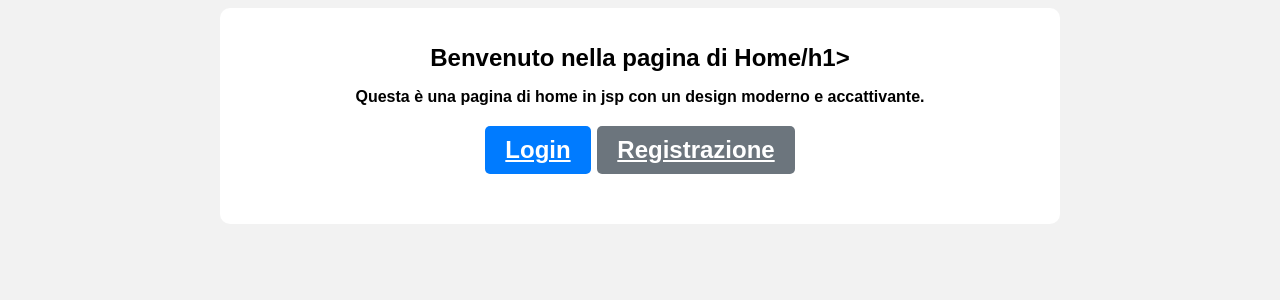
Repository: GabrielCellammare/WebApplication-SA-CyberSecurity
Page: http://localhost/WebProject-CellammareGabriel_ApplicationSecurity_/userNotLogged/index.jsp
An editor plug-in stored every save of this project. The page is shown before and after the next save, followed by the edit.
The browser window is 1280 px wide. The pictures show the whole page.
The page is served by Tomcat 9. Nobody is signed in. The application's start-up code is not run.

Above is the page before, as saved 2024-01-14 17:19:34.

After the next save:
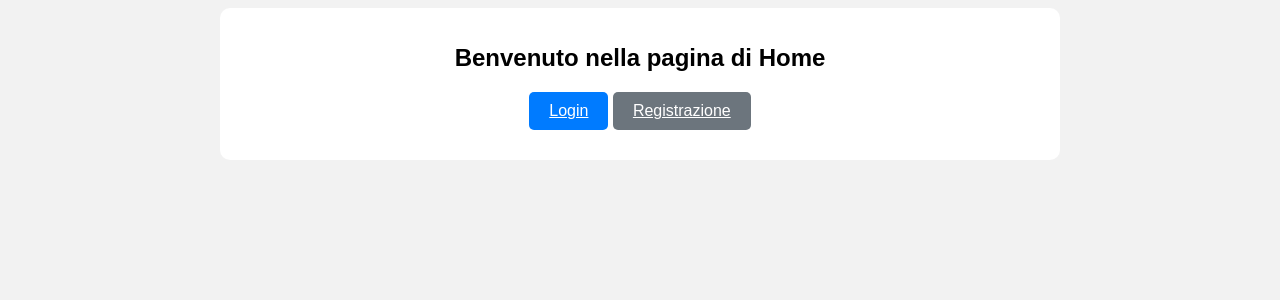
Saved 27 s later.
--- a/WebProject-CellammareGabriel(ApplicationSecurity)/WebContent/userNotLogged/index.jsp
+++ b/WebProject-CellammareGabriel(ApplicationSecurity)/WebContent/userNotLogged/index.jsp
@@ -9,8 +9,8 @@
 </head>
 <body>
     <div class="container">
-        <h1>Benvenuto nella pagina di Home/h1>
-        <p>Questa è una pagina di home in jsp con un design moderno e accattivante.</p>
+        <h1>Benvenuto nella pagina di Home</h1>
+        <p></p>
         <div class="buttons">
             <a href="login.jsp" class="btn btn-primary">Login</a>
             <a href="register.jsp" class="btn btn-secondary">Registrazione</a>
